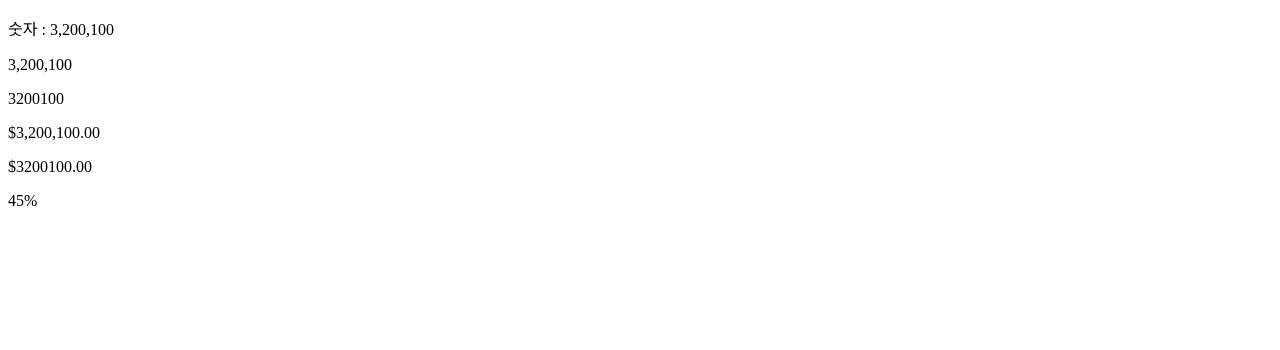
Repository: doyeong123/doyeonggit1
Page: http://localhost/jspbook2/ch09/jstl_fmt02.jsp
The author's editor kept a copy of each file at every save. The page is drawn from the files as they stood at one save, then again after the next save.
The browser window is 1280 px wide. The pictures show the whole page.
The page is served by Tomcat 9. Other server files are loaded and not shown.

Above is the page before, as saved 2023-12-12 02:25:27.

### jsp/jspbook2/src/main/webapp/ch09/jstl_fmt02.jsp
<%@ page language="java" contentType="text/html; charset=UTF-8"
    pageEncoding="UTF-8"%>
    <%@ taglib prefix="fmt" uri="http://java.sun.com/jsp/jstl/fmt" %>
<!DOCTYPE html>
<html>
<head>
<meta charset="UTF-8">
<title>Insert title here</title>
</head>
<body>
	<p> 숫자 : <fmt:formatNumber value="3200100"/>
	<!-- type=숫자로 -->
	<p> <fmt:formatNumber value="3200100" type="number"/>
	<!-- type=숫자로 groupingUsed는 없이 출력 -->
	<p> <fmt:formatNumber value="3200100" type="number" groupingUsed="false"/>
	<!-- type=currency(원화표기) gorupingUsered있게 출력 -->
	<p> <fmt:formatNumber value="3200100" type="currency" groupingUsed="true"/>
	<!-- type=cerrency(원화표기) cerrencySimbol을 &로 표기 -->
	<p> <fmt:formatNumber value="3200100" type="currency" groupingUsed="&"/>
	<!-- percent로 표시 -->
	<p> <fmt:formatNumber value="0.45" type="percent" />

</body>
</html>

After the next save:
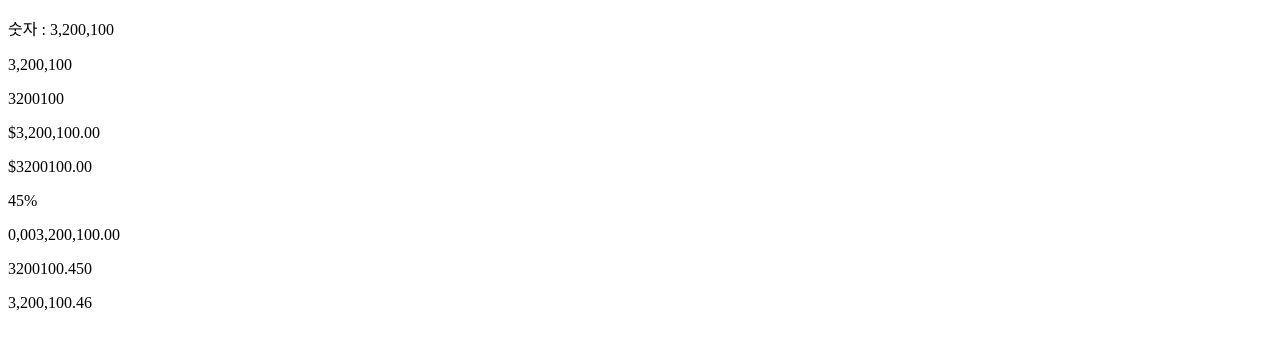
Saved 106 s later.
--- a/jsp/jspbook2/src/main/webapp/ch09/jstl_fmt02.jsp
+++ b/jsp/jspbook2/src/main/webapp/ch09/jstl_fmt02.jsp
@@ -19,6 +19,9 @@
 	<p> <fmt:formatNumber value="3200100" type="currency" groupingUsed="&"/>
 	<!-- percent로 표시 -->
 	<p> <fmt:formatNumber value="0.45" type="percent" />
+	<p> <fmt:formatNumber value="3200100" minIntegerDigits="10" minFractionDigits="2"/>
+	<p> <fmt:formatNumber value="3200100.45" pattern=".000"/>
+	<p> <fmt:formatNumber value="3200100.456" pattern="#,#00.0#"/>
 
 </body>
 </html>
